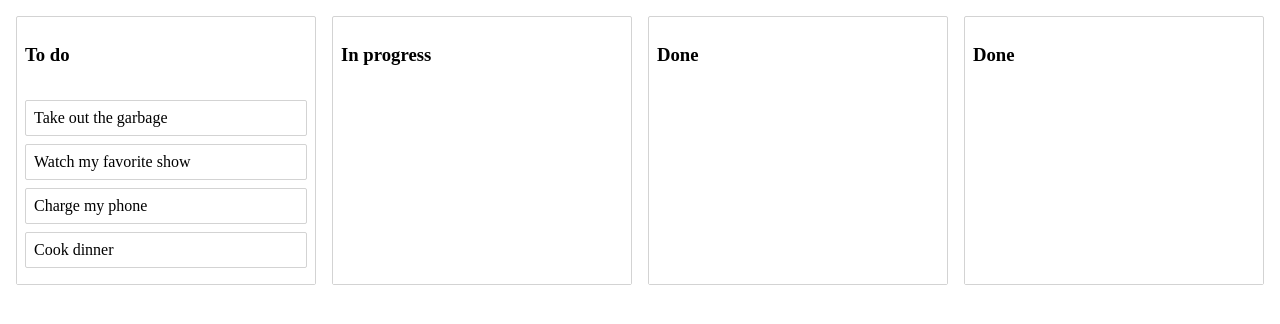
Repository: akiachenise/akiachenise.github.io
Page: / (app in JackboxGames_TierList_vanilla/tier-ranking/tier-list-app/)
These files come from the project's save history. The page is drawn as it stood at one moment and after the next save; the edit follows.
The browser window is 1280 px wide. The pictures show the whole page.
The project was rebuilt for these pictures with package versions that can differ from the ones it lists, and the page was loaded fresh each time.

Above is the page before, as saved 2022-11-29 20:07:31.

### JackboxGames_TierList_vanilla/tier-ranking/tier-list-app/src/index.js
import React from 'react';
import ReactDOM from 'react-dom';
import '@atlaskit/css-reset';
import styled from 'styled-components';
import { DragDropContext } from 'react-beautiful-dnd';
import Column from './column'
import initialData from './initial-data';

const Container = styled.div`
  display: flex;
`


class App extends React.Component {
  state = initialData

  onDragStart = () => {
    document.body.style.color = 'orange';
    document.body.style.transition = 'background-color 0.2s ease';
  }

  onDragUpdate = update => {
    const { destination } = update;
    const opacity = destination
      ? destination.index /Object.keys(this.state.tasks).length
      : 0;
    document.body.style.backgroundColor = `rgba(153, 141, 217, ${opacity})`
  }

  onDragEnd = result => {
    document.body.style.color = 'inherit';
    document.body.style.backgroundColor = 'inherit';

    const {destination, source, draggableId } = result;

    if(!destination) {
      return;
    }

    if (destination.droppableId === source.droppableId && destination.index === source.index) {
      return;
    }

    const start = this.state.columns[source.droppableId];
    const finish = this.state.columns[destination.droppableId];

    if(start === finish) {
      const newTaskIds = Array.from(start.taskIds);
    newTaskIds.splice(source.index, 1);
    newTaskIds.splice(destination.index, 0, draggableId);

    const newColumn = {
      ...finish,
      taskIds: newTaskIds,
    };

    const newState = {
      ...this.state,
      columns: {
        ...this.state.columns,
        [newColumn.id]: newColumn,
      },
    };

    this.setState(newState);
    return;
  }
  // Moving each card from one column to another
  const startTaskIds = Array.from(start.taskIds);
  startTaskIds.splice(source.index, 1);
  const newStart = {
    ...start,
    taskIds: startTaskIds,
  };

  const finishTaskIds = Array.from(finish.taskIds);
  finishTaskIds.splice(destination.index, 0, draggableId);
  const newFinish = {
    ...finish,
    taskIds: finishTaskIds,
  };

  const newState = {
    ...this.state,
    columns: {
      ...this.state.columns,
      [newStart.id]: newStart,
      [newFinish.id]: newFinish,
    },
  };
  this.setState(newState);
  };
  render() {
    return (

      <DragDropContext onDragEnd={this.onDragEnd}>
      <Container>
        {this.state.columnOrder.map(columnId => {
          const column = this.state.columns[columnId];
          const tasks = column.taskIds.map(taskId => this.state.tasks[taskId]);

          return <Column key={column.id} column={column} tasks={tasks} />;
        })}
      </Container>
    </DragDropContext>
    );
  }
}

ReactDOM.render(<App />, document.getElementById('root'));

### JackboxGames_TierList_vanilla/tier-ranking/tier-list-app/src/column.js
import React from 'react';
import styled from 'styled-components';
import { Droppable } from 'react-beautiful-dnd';
import Task from './task';

const Container = styled.div`
  margin: 8px;
  border: 1px solid lightgrey;
  border-radius: 2px;
  width: 300px;

  display: flex;
  flex-direction: column;
`;
const Title = styled.h3`
  padding: 8px;
`;
const TaskList = styled.div`
  padding: 8px;
  transition: background-color 0.2s ease;
  background-color: ${props => (props.isDraggingOver ? 'skyblue' : 'white')};
  flex-grow: 1;
  min-height: 100px;
`;

export default class Column extends React.Component {
  render() {
    return (
      <Container>
        <Title>{this.props.column.title}</Title>
        <Droppable droppableId={this.props.column.id}>
          {(provided, snapshot) =>
            <TaskList
              ref={provided.innerRef}
              {...provided.droppableProps}
              isDraggingOver={snapshot.isDraggingOver}
            >
              {this.props.tasks.map((task, index) => (
                <Task key={task.id} task={task} index={index} />
              ))}
              {provided.placeholder}
            </TaskList>
          }
        </Droppable>
      </Container>
    );
  }
}

### JackboxGames_TierList_vanilla/tier-ranking/tier-list-app/src/initial-data.js
const initialData = {
    tasks: {
      'task-1': { id: 'task-1', content: 'Take out the garbage' },
      'task-2': { id: 'task-2', content: 'Watch my favorite show' },
      'task-3': { id: 'task-3', content: 'Charge my phone' },
      'task-4': { id: 'task-4', content: 'Cook dinner' },
    },
    columns: {
      'column-1': {
        id: 'column-1',
        title: 'To do',
        taskIds: ['task-1', 'task-2', 'task-3', 'task-4'],
      },
      'column-2': {
        id: 'column-2',
        title: 'In progress',
        taskIds: [],
      },
      'column-3': {
        id: 'column-3',
        title: 'Done',
        taskIds: [],
      },
      'column-4': {
        id: 'column-4',
        title: 'Done',
        taskIds: [],
      }
    },
    // Facilitate reordering of the columns
    columnOrder: [ 'column-1', 'column-2', 'column-3', 'column-4']
  };

  export default initialData;

### JackboxGames_TierList_vanilla/tier-ranking/tier-list-app/src/task.jsx
import React from 'react';
import styled from 'styled-components';
import { Draggable } from 'react-beautiful-dnd';

const Container = styled.div`
  border: 1px solid lightgrey;
  border-radius: 2px;
  padding: 8px;
  margin-bottom: 8px;
  background-color: ${props => (props.isDragging ? 'lightGreen' : 'white')};
`;

export default class Task extends React.Component {
  render() {
    return (
    <Draggable draggableId={this.props.task.id} index={this.props.index}>
      {(provided, snapshot) => (
        <Container
          {...provided.draggableProps}
          {...provided.dragHandleProps}
          ref={provided.innerRef}
          isDragging={snapshot.isDragging}
        >
          {this.props.task.content}
        </Container>
      )}
    </Draggable>
    );
  }
}

Loaded but not shown: JackboxGames_TierList_vanilla/tier-ranking/tier-list-app/public/index.html (common file)

After the next save:
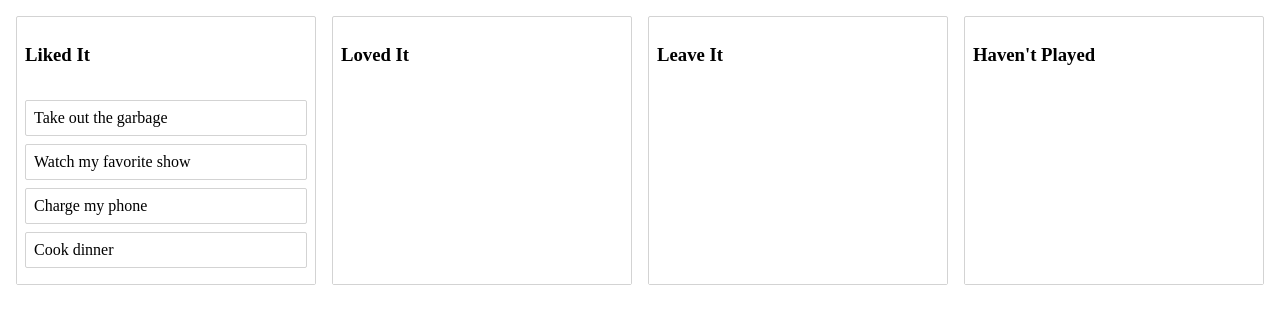
Saved 2 min 59 s later.
--- a/JackboxGames_TierList_vanilla/tier-ranking/tier-list-app/src/initial-data.js
+++ b/JackboxGames_TierList_vanilla/tier-ranking/tier-list-app/src/initial-data.js
@@ -8,22 +8,22 @@ const initialData = {
     columns: {
       'column-1': {
         id: 'column-1',
-        title: 'To do',
+        title: 'Liked It',
         taskIds: ['task-1', 'task-2', 'task-3', 'task-4'],
       },
       'column-2': {
         id: 'column-2',
-        title: 'In progress',
+        title: 'Loved It',
         taskIds: [],
       },
       'column-3': {
         id: 'column-3',
-        title: 'Done',
+        title: 'Leave It',
         taskIds: [],
       },
       'column-4': {
         id: 'column-4',
-        title: 'Done',
+        title: 'Haven\'t Played',
         taskIds: [],
       }
     },
